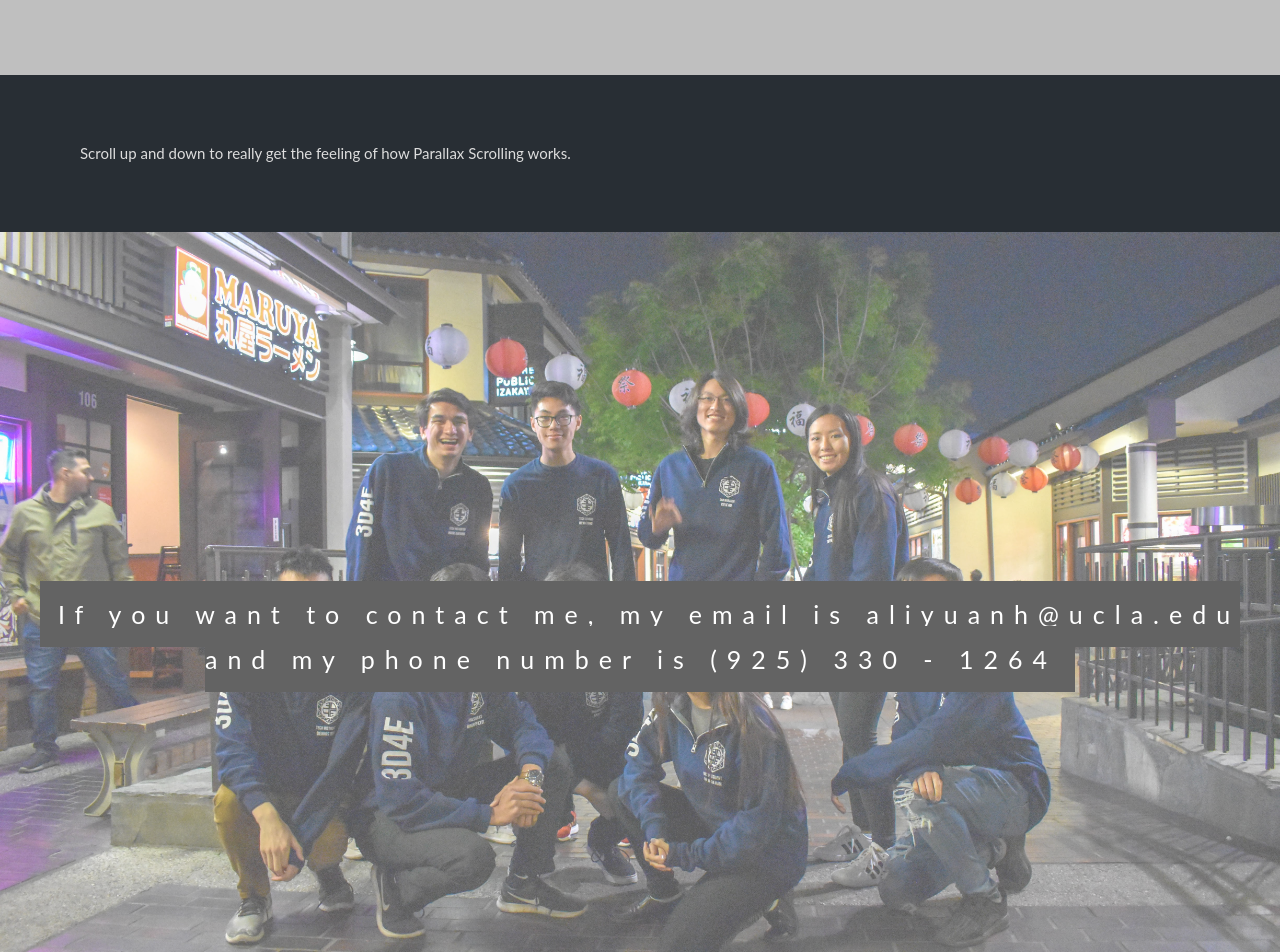
Repository: aliyuanh/me
Page: index.html
These files come from the project's save history. The page is drawn as it stood at one moment and after the next save; the edit follows.
The browser window is 1280 px wide. The pictures show the part of the page from y = 1943 to 2895 px (the page is 2895 px tall).
Pictures or frames that could not be fetched are drawn as grey boxes.

Above is the page before, as saved 2020-09-17 00:11:37.

After the next save:
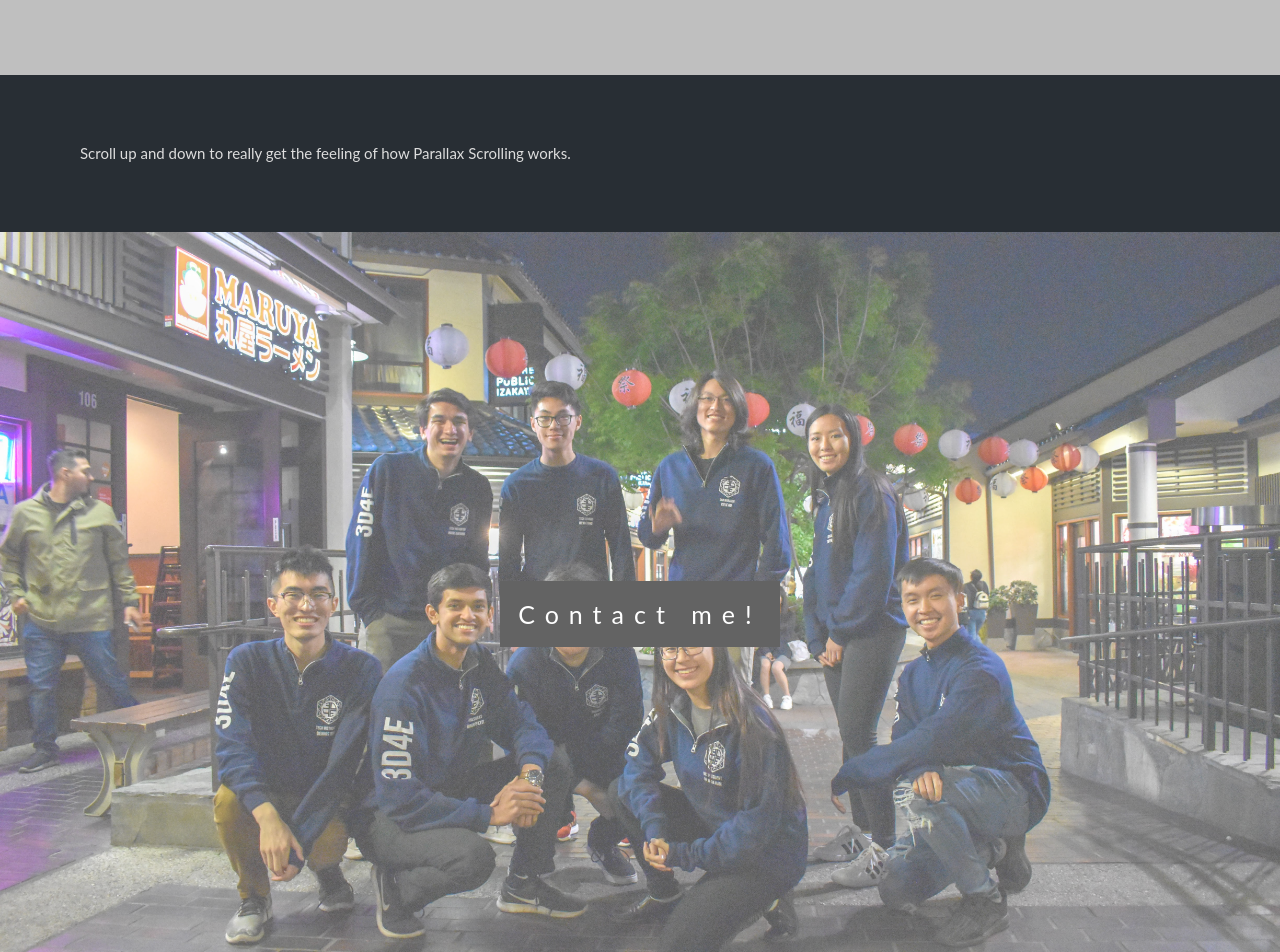
Saved 12 s later.
--- a/index.html
+++ b/index.html
@@ -115,7 +115,7 @@
 
     <div class="bgimg-1">
         <div class="caption">
-            <span class="border">If you want to contact me, my email is aliyuanh@ucla.edu and my phone number is (925) 330 - 1264</span>
+            <span class="border">Contact me!</span>
         </div>
     </div>
 
